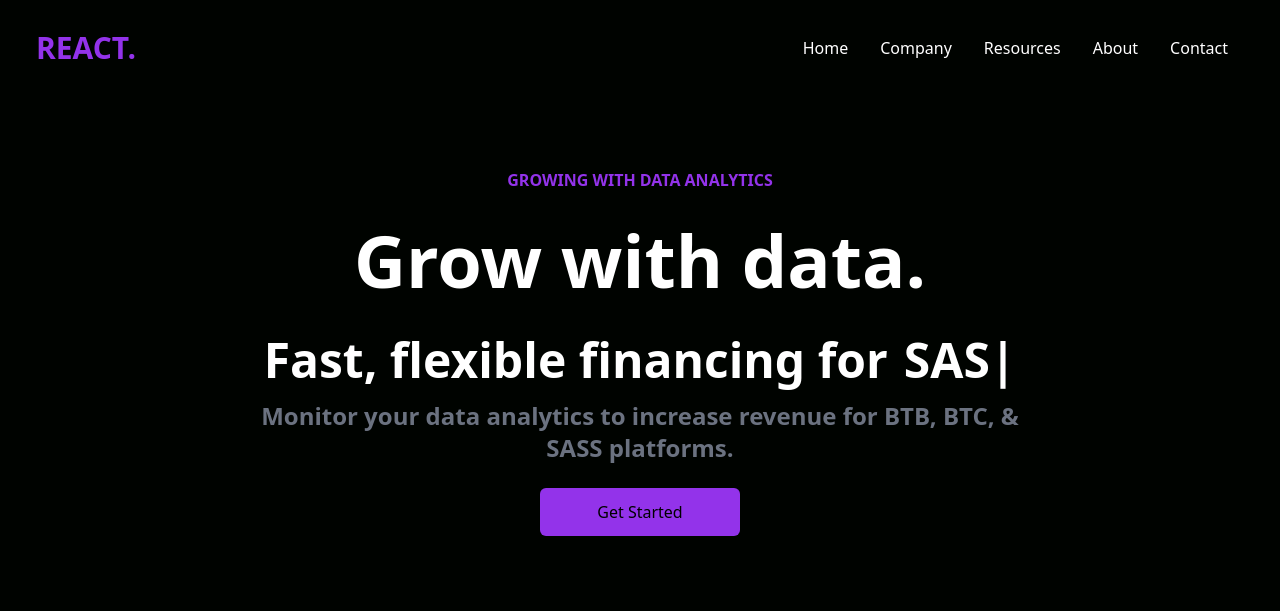
Repository: OmniaRafat232111121/tailwindreact
Page: /
These files come from the project's save history. The page is drawn as it stood at one moment and after a run of saves; the edit follows.
The browser window is 1280 px wide. The pictures show the whole page.
The project was rebuilt for these pictures with package versions that can differ from the ones it lists, and the page was loaded fresh each time.

Above is the page before, as saved 2022-09-11 02:13:22.

### src/index.js
import React from 'react';
import ReactDOM from 'react-dom/client';
import './index.css';
import App from './App';
import 'animate.css';
const root = ReactDOM.createRoot(document.getElementById('root'));
root.render(
  <React.StrictMode>
    <App />
  </React.StrictMode>
);

### src/App.js
import React from 'react';
// import Analytics from './components/Analytics';
// import Cards from './components/Cards';
// import Footer from './components/Footer';
 import Hero from './components/Hero';
import Navbar from './components/Navbar';
// import Newsletter from './components/Newsletter';

function App() {
  return (
    <div>
      <Navbar />
      <Hero/>
    </div>
  );
}

export default App;

### src/components/Hero.jsx
import React from 'react';
import Typed from 'react-typed';

const Hero = () => {
  return (
    <div className='text-white'>
      <div className='max-w-[800px] mt-[-96px] w-full h-screen mx-auto text-center flex flex-col justify-center'>
        <p className='text-purple-600 font-bold p-2'>
          GROWING WITH DATA ANALYTICS
        </p>
        <h1 className='md:text-7xl sm:text-6xl text-4xl font-bold md:py-6'>
          Grow with data.
        </h1>
        <div className='flex justify-center items-center'>
          <p className='md:text-5xl sm:text-4xl text-xl font-bold py-4'>
            Fast, flexible financing for
          </p>
          <Typed
          className='md:text-5xl sm:text-4xl text-xl font-bold md:pl-4 pl-2'
            strings={['BTB', 'BTC', 'SASS']}
            typeSpeed={120}
            backSpeed={140}
            loop
          />
        </div>
        <p className='md:text-2xl text-xl font-bold text-gray-500'>Monitor your data analytics to increase revenue for BTB, BTC, & SASS platforms.</p>
        <button className='bg-purple-600 w-[200px] rounded-md font-medium my-6 mx-auto py-3 text-black'>Get Started</button>
      </div>
    </div>
  );
};

export default Hero;

### src/components/Navbar.jsx
import React, { useState } from 'react';
import { AiOutlineClose, AiOutlineMenu } from 'react-icons/ai';

const Navbar = () => {
    const [nav, setNav] = useState(false);

    const handleNav = () => {
      setNav(!nav);
    };

  return (
    <div className=' animate__animated animate__animated animate__backInRight flex justify-around items-center  text-white h-24 max-w-[1240px] px-4 mx-auto'>
      <h1 className='w-full text-3xl font-bold text-purple-600'>REACT.</h1>
      <ul className='hidden md:flex'>
        <li className='p-4 border-purple-600  hover:border-b-2 '>Home</li>
        <li className='p-4 border-purple-600  hover:border-b-2'>Company</li>
        <li className='p-4 border-purple-600  hover:border-b-2 '>Resources</li>
        <li className='p-4 border-purple-600  hover:border-b-2'>About</li>
        <li className='p-4 border-purple-600  hover:border-b-2 '>Contact</li>
      </ul>
      <div onClick={handleNav} className='block md:hidden'>
      {nav ? <AiOutlineClose size={20}/> : <AiOutlineMenu size={20} />}
  </div>
  <div className='h-100% animate__animated animate__animated animate__animate__shakeX'>
  <ul className={nav ? 'fixed left-0 top-0 w-[50%] min-h-[50%] border-r border-r-gray-900 bg-[#000300] ease-in-out duration-500' : 'ease-in-out duration-500 fixed left-[-100%]'}>
  <h1 className='w-full text-3xl font-bold text-purple-600 m-4'>REACT.</h1>
      <li className='p-4  border-purple-600  hover:border-b-4'>Home</li>
      <li className='p-4  border-purple-600  hover:border-b-4'>Company</li>
      <li className='p-4  border-purple-600  hover:border-b-4'>Resources</li>
      <li className='p-4  border-purple-600  hover:border-b-4'>About</li>
      <li className='p-4'>Contact</li>
  </ul>
  </div>
</div>
  );
};

export default Navbar;

Loaded but not shown: public/index.html (common file); src/index.css (common file); tailwind.config.js (common file)

After the next 7 saves:
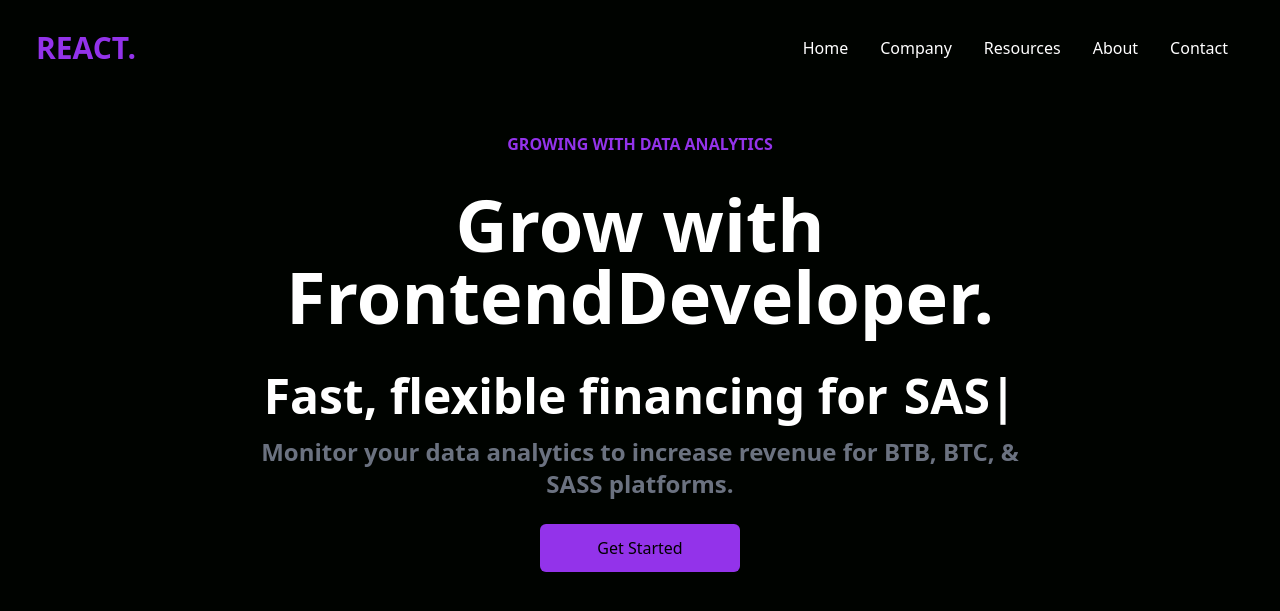
The 7 saves are shown as one change because they came seconds apart.
The last was saved 2 min 14 s later.
--- a/src/components/Hero.jsx
+++ b/src/components/Hero.jsx
@@ -9,7 +9,7 @@ const Hero = () => {
           GROWING WITH DATA ANALYTICS
         </p>
         <h1 className='md:text-7xl sm:text-6xl text-4xl font-bold md:py-6'>
-          Grow with data.
+          Grow with FrontendDeveloper.
         </h1>
         <div className='flex justify-center items-center'>
           <p className='md:text-5xl sm:text-4xl text-xl font-bold py-4'>
